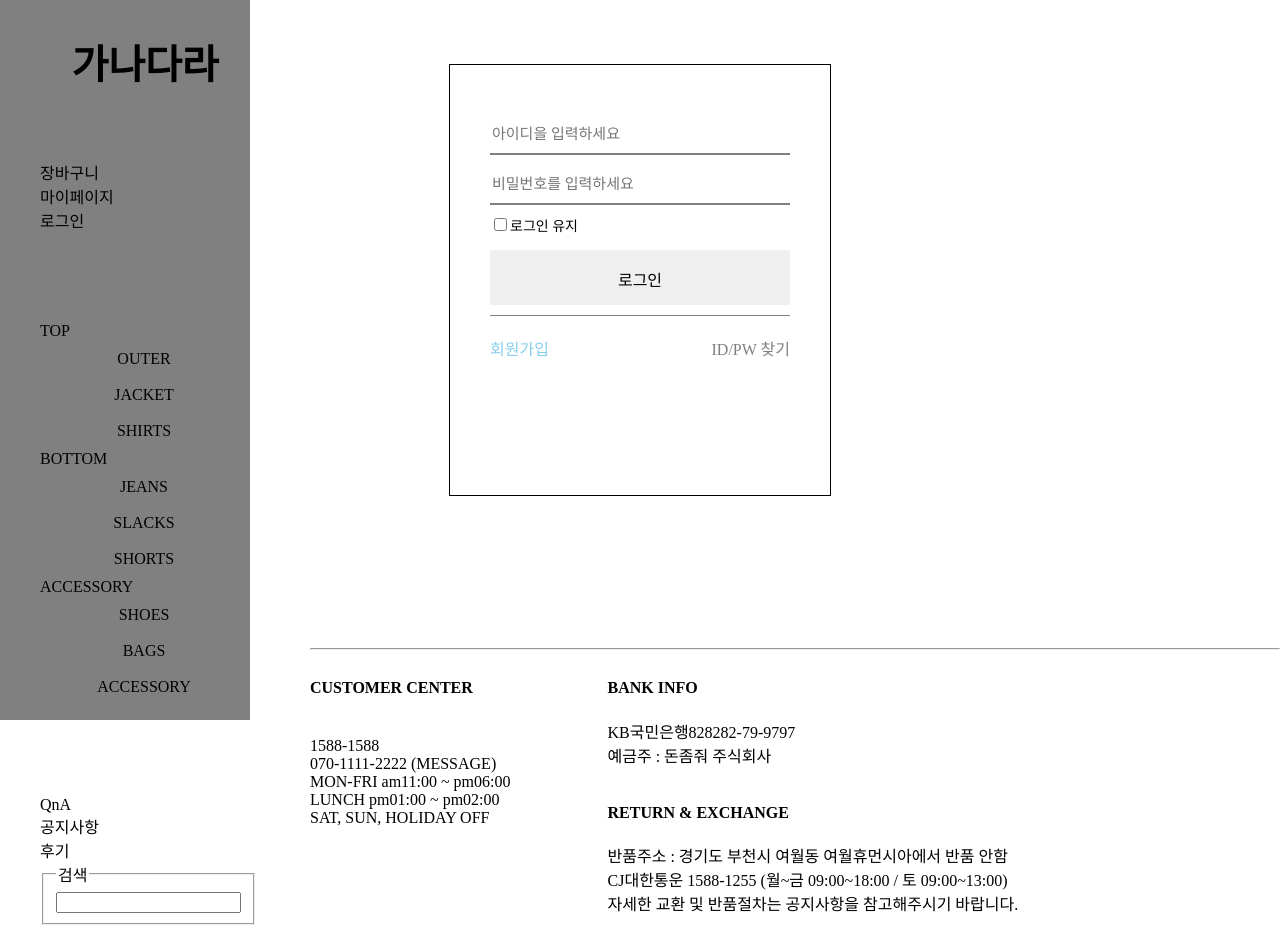
Repository: wonhong1103/springstudy
Page: http://localhost/Webpage/WEB-INF/views/member/login.jsp
The author's editor kept a copy of each file at every save. The page is drawn from the files as they stood at one save, then again after the next save.
The browser window is 1280 px wide. The pictures show the whole page.
The page is served by Tomcat 9. Nobody is signed in. Other server files are loaded and not shown. The template is opened directly, without the code that normally fills it, so the values that code supplies are empty.

Above is the page before, as saved 2020-10-16 06:00:46.

### Webpage/src/main/webapp/WEB-INF/views/member/login.jsp
<%@ page language="java" contentType="text/html; charset=UTF-8"
	pageEncoding="UTF-8"%>
<!DOCTYPE html>
<html>
<head>
<meta charset="UTF-8">
<title>로그인 화면</title>
<!-- 전체 css -->
<style type="text/css">
li {list-style: none;}
body, html {height:100%; margin:0px; padding:0px;font-family: 'Times New Roman', serif;}
a {text-decoration: none;color: black;}
</style>
<!-- 왼 사이드바 -->
<style type="text/css">
#s_sidebar {float: left;background-color: gray;position: fixed;width: 250px;height: 100%;}
#s_sidebar ul ul {margin: 2px;padding: 2px;position: relative;text-align: center;}
#s_sidebar ul li li {width: 200px;height: 30px;line-height: 30px;}
#s_sidebar ul ul li:hover {background: darkgray;}
#s_sidebar ul ul li:hover ul {display: block;}
#s_sidebar ul ul li a {width: 200px;height: 30px;line-height: 30px}
#s_sidebar ul ul ul {display: none;position: absolute;left: 205px;top: 0px;background-color: gray}
</style>
<!-- 로그인 css -->
<style>

table {
    border-collapse: collapse;
    border-spacing: 0;
}
    .wrapper { width:100%; height:80%; padding-top:5%; font-family: '돋움';}
    .main { }

    .login_box { width:300px; height:350px; padding: 40px; margin: 0 auto;
                  border: 1px solid black;}
    .login_box .input_login { border-bottom: 2px solid gray; padding: 20px 0 9px 0;}
    .login_box .input_login input { width: 100%; color: gray; font-size: 15px; border:none; font-family:inherit;}
    .login_box .check { color: black; font-size: 14px; padding: 10px 0px 15px 0px; font-family: '돋움';}

    .login_box  .login input { width:100%; height:55px;  font-size:16px;
                               padding:17px 0 16px; border:0; cursor:pointer; font-family:'돋움';}

    .login_box .last { width:100%; margin-top:10px; border-top:1px solid gray; padding-top:20px;}
    .login_box .last .join { float:left;}
    .login_box .last .search { float:right;}
    .login_box .last .join a { color: skyblue;}
    .login_box .last .search a { color:gray;}
</style>


<!-- 로그인 스크립트 -->
<script type="text/javascript">
	function login_ok(f) {
		f.action = "login_ok.do";
		f.submit();
		if (document.getElementById("login_id").value != document
				.getElementById("hidden1").value) {
			alert("아이디가 틀렸습니다.");
		}
		if (document.getElementById("login_pw").value != document
				.getElementById("hidden2").value) {
			alert("비밀번호가 틀렸습니다.");
		}
	}
	function join_go(f) {
		f.action = "join.do";
		f.submit();
	}
	function fidnidpw_go(f) {
		f.action = "findidpw.do";
		f.submit();
	}
</script>

</head>
<body>
	<!-- 헤더 (암것도 없음) -->
	<header id="main_header"> </header>

	<!-- 왼쪽메뉴바 -->
	<nav id="sidebar">

		<div id="s_sidebar">
			<ul>
				<div id="title">
					<h1 style="Font-size: 40px; text-align: center;">
						<a href="home.html">가나다라</a>
					</h1>
					<br> <br>
					<div id="main_gnb">
						<li class="m_bar"><a href="#">장바구니</a></li>
						<li class="m_bar"><a href="#">마이페이지</a></li>
						<li class="m_bar"><a href="#">로그인</a></li>
					</div>
					<br> <br> <br> <br> <br>
				</div>
				<li>TOP
					<ul>
						<li>OUTER
							<ul>
								<li><a href="#">s menu1</a></li>
								<li><a href="#">s menu2</a></li>
								<li><a href="#">s menu3</a></li>
							</ul>
						</li>
					</ul>
					<ul>
						<li>JACKET
							<ul>
								<li><a href="#">s menu1</a></li>
								<li><a href="#">s menu2</a></li>
								<li><a href="#">s menu3</a></li>
							</ul>
						</li>
					</ul>
					<ul>
						<li>SHIRTS
							<ul>
								<li><a href="#">s menu1</a></li>
								<li><a href="#">s menu2</a></li>
								<li><a href="#">s menu3</a></li>
							</ul>
						</li>
					</ul>
				</li>

				<li>BOTTOM
					<ul>
						<li>JEANS
							<ul>
								<li><a href="#">s menu1</a></li>
								<li><a href="#">s menu2</a></li>
								<li><a href="#">s menu3</a></li>
							</ul>
						</li>
					</ul>
					<ul>
						<li>SLACKS
							<ul>
								<li><a href="#">s menu1</a></li>
								<li><a href="#">s menu2</a></li>
								<li><a href="#">s menu3</a></li>
							</ul>
						</li>
					</ul>
					<ul>
						<li>SHORTS
							<ul>
								<li><a href="#">s menu1</a></li>
								<li><a href="#">s menu2</a></li>
								<li><a href="#">s menu3</a></li>
							</ul>
						</li>
					</ul>
				</li>

				<li>ACCESSORY
					<ul>
						<li>SHOES
							<ul>
								<li><a href="#">s menu1</a></li>
								<li><a href="#">s menu2</a></li>
								<li><a href="#">s menu3</a></li>
							</ul>
						</li>
					</ul>
					<ul>
						<li>BAGS
							<ul>
								<li><a href="#">s menu1</a></li>
								<li><a href="#">s menu2</a></li>
								<li><a href="#">s menu3</a></li>
							</ul>
						</li>
					</ul>
					<ul>
						<li>ACCESSORY
							<ul>
								<li><a href="#">ring</a></li>
								<li><a href="#">necklace</a></li>
								<li><a href="#">watch</a></li>
							</ul>
						</li>
					</ul>
				</li>
				<br>
				<br>
				<br>
				<br>
				<br>
				<div class="other">
					<li><a href="#">QnA</a></li>
					<li><a href="#">공지사항</a></li>
					<li><a href="#">후기</a></li>
				</div>

				<form>
					<fieldset class="width: 150px;">
						<legend>검색</legend>
						<input id="keyword" name="keyword" fw-filter="" fw-label="검색어"
							fw-msg="" class="inputTypeText" placeholder=""
							onmousedown="SEARCH_BANNER.clickSearchForm(this)" value=""
							type="text">

						<div class="searchbtn"
							onclick="SEARCH_BANNER.submitSearchBanner(this); return false;">
							<i class="xi-search" aria-hidden="true"></i>
						</div>

					</fieldset>
				</form>
			</ul>
		</div>
	</nav>

	<!-- 로그인창 -->
 <div class="wrapper">
        <div class="main">
            <div class="login_box">
                <div class="input_login">
                    <input type="text" name="m_id" placeholder="아이디을 입력하세요">
                </div>
                <div class="input_login">
                    <input type="password" name="m_pw" placeholder="비밀번호를 입력하세요">
                </div>
                <div class="check">
                    <label><input type="checkbox">로그인 유지</label>
                </div>
                <div class="login">
                    <input type="button" value="로그인" onclick="login_ok(this.form)">
                </div>
                <div class="last">
               	 	<!-- <input class="button" type="text" value="회원가입" onclick="join_go(this.form)">
                	<input class="button" type="text" value="ID/PW 찾기" onclick="findidpw_go(this.form)" -->
                    <div class="join"><a onclick="join_go(this.form)"> 회원가입 </a></div>
                    <div class="search"><a onclick="findidpw_go(this.form)">ID/PW 찾기</a></div>

                </div>
            </div>
        </div>
    </div>

	<!-- 하단 -->

	<footer style="margin-left: 310px; margin-right: auto; ">
		<hr>
		<div style="display: block; float: left; margin-right: 10%;">

			<p>
			<h4>CUSTOMER CENTER</h4>
			<br> 1588-1588<br> 070-1111-2222 (MESSAGE)<br> MON-FRI
			am11:00 ~ pm06:00<br> LUNCH pm01:00 ~ pm02:00<br> SAT, SUN,
			HOLIDAY OFF<br>
			</p>
		</div>

		<div style="display: block; float: left; margin-right: 10%;">
			<p>
			<h4>BANK INFO</h4>
			KB국민은행828282-79-9797 <br> 예금주 : 돈좀줘 주식회사<br>
			</p>
		</div>
		<div style="display: block; float: left; margin-right: 10%;">
			<p>
			<h4>RETURN & EXCHANGE</h4>
			반품주소 : 경기도 부천시 여월동 여월휴먼시아에서 반품 안함<br> CJ대한통운 1588-1255 (월~금
			09:00~18:00 / 토 09:00~13:00)<br> 자세한 교환 및 반품절차는 공지사항을 참고해주시기
			바랍니다.<br>
			</p>
		</div>
	</footer>
</body>
</html>

After the next save:
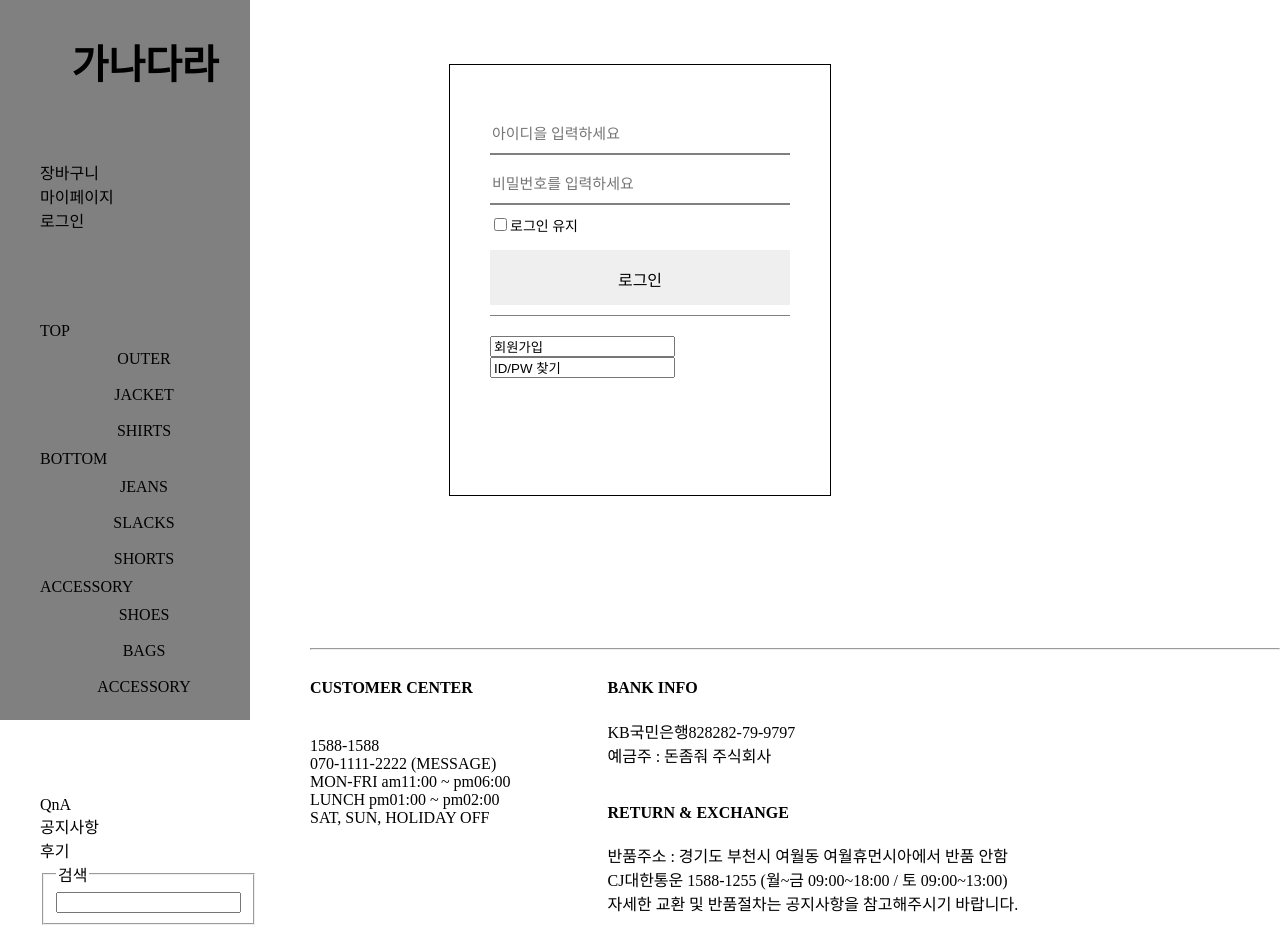
Saved 93 s later.
--- a/Webpage/src/main/webapp/WEB-INF/views/member/login.jsp
+++ b/Webpage/src/main/webapp/WEB-INF/views/member/login.jsp
@@ -230,10 +230,10 @@ table {
                     <input type="button" value="로그인" onclick="login_ok(this.form)">
                 </div>
                 <div class="last">
-               	 	<!-- <input class="button" type="text" value="회원가입" onclick="join_go(this.form)">
-                	<input class="button" type="text" value="ID/PW 찾기" onclick="findidpw_go(this.form)" -->
-                    <div class="join"><a onclick="join_go(this.form)"> 회원가입 </a></div>
-                    <div class="search"><a onclick="findidpw_go(this.form)">ID/PW 찾기</a></div>
+               	 	<input class="submit" type="text" value="회원가입" onclick="join_go(this.form)">
+                	<input class="submit" type="text" value="ID/PW 찾기" onclick="findidpw_go(this.form)">
+                    <!-- <div class="join"><a onclick="join_go(this.form)"> 회원가입 </a></div>
+                    <div class="search"><a onclick="findidpw_go(this.form)">ID/PW 찾기</a></div> -->
 
                 </div>
             </div>
